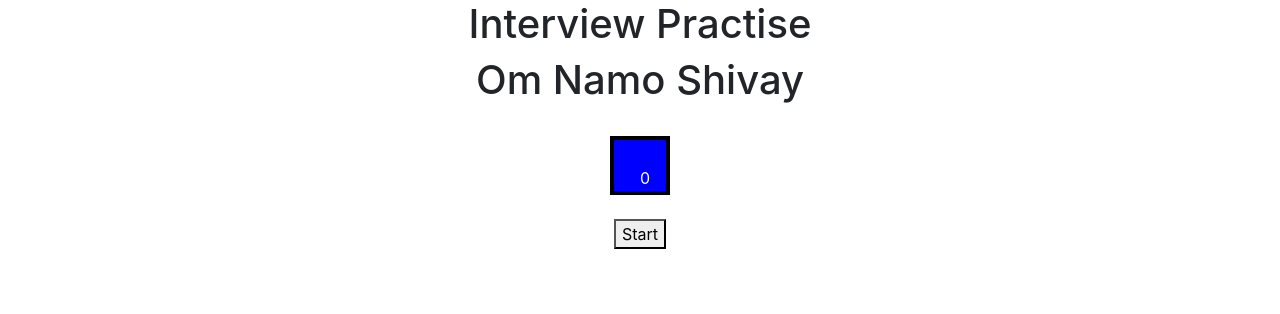
Repository: punitbathija/Machine-Round-React
Page: /
An editor plug-in stored every save of this project. The page is shown before and after the next save, followed by the edit.
The browser window is 1280 px wide. The pictures show the whole page.
The project was rebuilt for these pictures with package versions that can differ from the ones it lists, and the page was loaded fresh each time. Also part of the build but not shown: src/components/counter.jsx.

Above is the page before, as saved 2023-06-01 12:38:56.

After the next save:
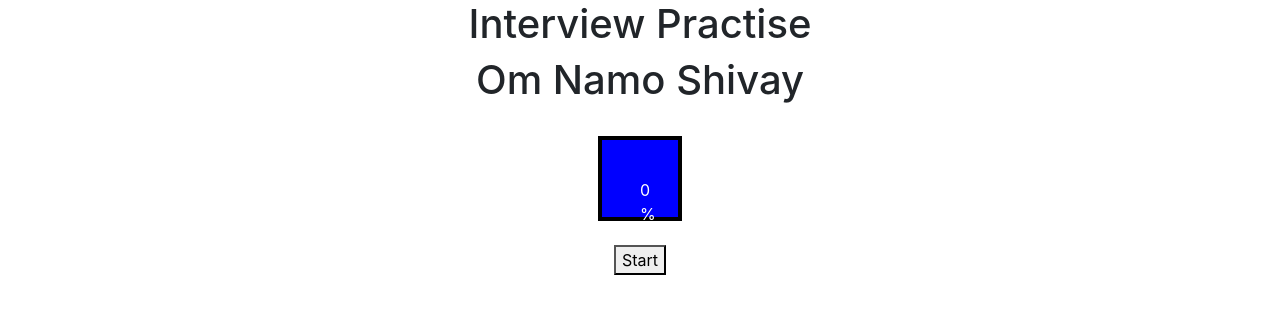
Saved 4 s later.
--- a/src/components/ProgressBar.js
+++ b/src/components/ProgressBar.js
@@ -33,7 +33,7 @@
           color: "white",
           transition: "ease",
           border: "4px solid black",
-          padding: "2%",
+          padding: "3%",
         }}
       >
         {progress} %

After the save that followed:
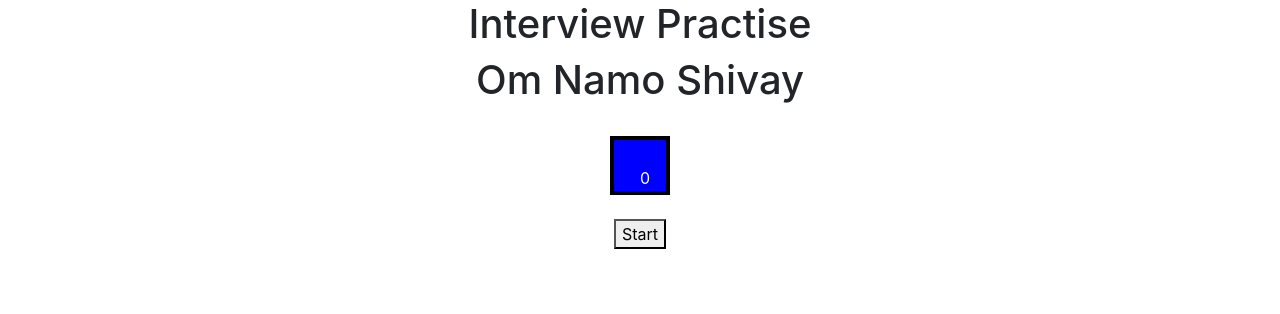
Saved 5 s later.
--- a/src/components/ProgressBar.js
+++ b/src/components/ProgressBar.js
@@ -33,7 +33,7 @@
           color: "white",
           transition: "ease",
           border: "4px solid black",
-          padding: "3%",
+          padding: "2%",
         }}
       >
         {progress} %
